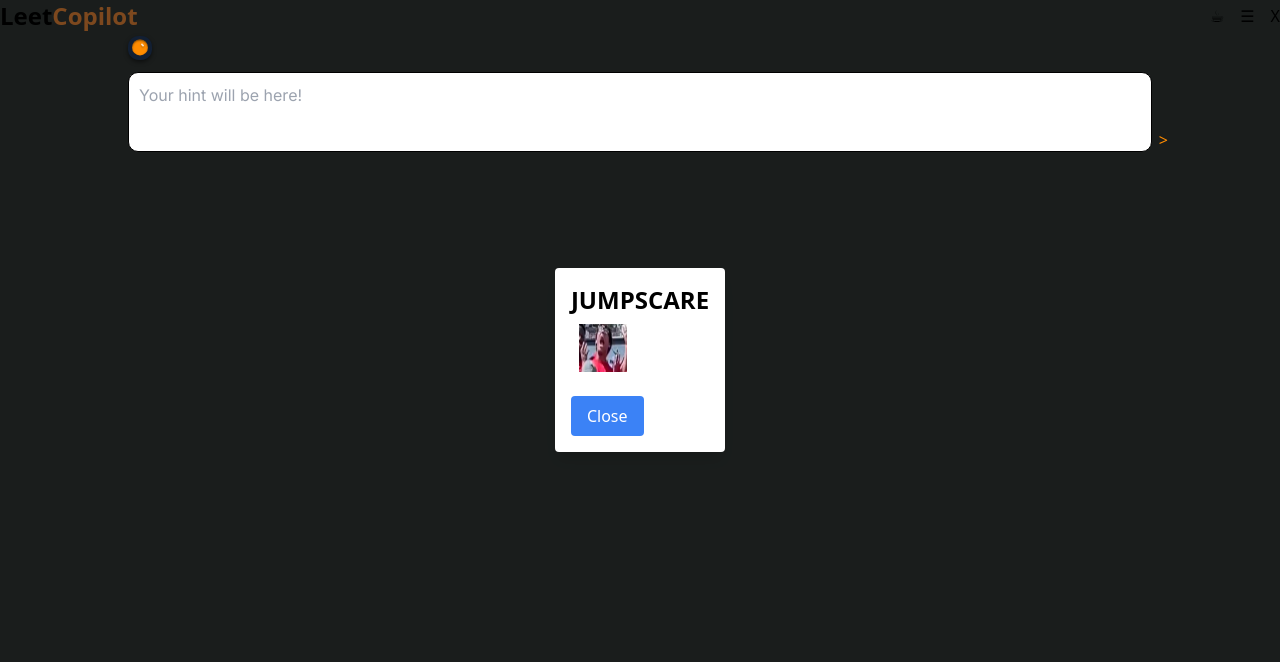
Repository: LeetCopilot/LeetCopilot
Page: / (app in frontend/), after clicking the first element matching `div.flex > :nth-child(3)`
The author's editor kept a copy of each file at every save. The page is drawn from the files as they stood at one save, then again after the next save.
The browser window is 1280 px wide. The pictures show the whole page.
The project was rebuilt for these pictures with package versions that can differ from the ones it lists, and the page was loaded fresh each time. Also part of the build but not shown: frontend/vite.config.js.

Above is the page before, as saved 2023-09-01 13:50:40.

### frontend/index.html
<!doctype html>
<html lang="en">
  <head>
    <meta charset="UTF-8" />
    <link rel="icon" type="image/svg+xml" href="/vite.svg" />
    <link rel="preconnect" href="https://fonts.googleapis.com" />
    <link rel="preconnect" href="https://fonts.gstatic.com" crossorigin />
    <link
      href="https://fonts.googleapis.com/css2?family=Inter:wght@100;200;300;400;500;600;700;800;900&display=swap"
      rel="stylesheet"
    />
    <meta name="viewport" content="width=device-width, initial-scale=1.0" />
    <title>Vite + React</title>
  </head>

  <body>
    <div id="root"></div>
    <script type="module" src="/src/main.tsx"></script>
  </body>
</html>

### frontend/src/main.tsx
import React from "react";
import ReactDOM from "react-dom/client";
import App from "./App.jsx";
import "./globals.css";

ReactDOM.createRoot(document.getElementById("root")!).render(
  <React.StrictMode>
    <App />
  </React.StrictMode>,
);

### frontend/src/App.jsx
import React, { useState } from 'react';
import axios from 'axios';
import { NavBar, Indicator, PromptBox } from './components';

export const App = () => {
  const [responseFromContent, setResponseFromContent] = useState("");
  const [isTyping, setIsTyping] = useState(false);  // new state to track user typing

  const message = {
      from: "Sender.React",
      type: "SCRAPE_HINT_DATA",
  };

  const queryInfo = {
      active: true,
      currentWindow: true
  };

  const getCurrentTabId = () => {
    return new Promise((resolve, reject) => {
      chrome.tabs.query(queryInfo, tabs => {
        if (tabs && tabs[0]) {
          resolve(tabs[0].id);
        } else {
          reject(new Error('No tabs found'));
        }
      });
    });
  };

  const sendMessageToContentScript = (tabId) => {
    return new Promise((resolve) => {
      chrome.tabs.sendMessage(tabId, message, (response) => {
        resolve(response);
      });
    });
  };

  const requestHint = async () => {
    try {
      const currentTabId = await getCurrentTabId();
      const leetData = await sendMessageToContentScript(currentTabId);

      console.log(leetData);

      let hint = 'We failed to make a request to the server. Please try again.'; // default hint

      const response = await axios.post('http://localhost:8000/hint', {
        description: leetData.description,
        code: leetData.code
      });

      print(response);
      setResponseFromContent(response.data);

    } catch (error) {
      console.log(error);
    }
  };

  return (
    <div style={{ width: '100vw', height: '100vh', backgroundColor: '#343B39' }}>
      <NavBar />
      <Indicator isTyping={isTyping} />
      <PromptBox
        responseFromContent={responseFromContent}
        setIsTyping={setIsTyping}
        requestHint={requestHint}
      />
    </div>
  );
};

export default App;

### frontend/src/globals.css
@tailwind base;
@tailwind components;
@tailwind utilities;

html,
body,
#root {
  height: 100%;
  width: 100%;
}

html {
  min-width: 320px;
}

### frontend/src/components/index.js
export { default as NavBar } from './NavBar';
export { default as Indicator } from './Indicator';
export { default as PromptBox } from './PromptBox';

### frontend/src/components/NavBar.tsx
import React, { useState } from "react";
import Popup from "./Popup";

const NavBar = () => {
  const [showPopup, setShowPopup] = useState(false);

  const togglePopup = () => {
    setShowPopup(!showPopup);
  };

  return (
    <nav className="mb-2 flex items-center justify-between">
      <h3 className="text-2xl font-black">
        Leet
        <span className="text-orange-400">Copilot</span>
      </h3>
      <div className="flex items-center gap-4">
        <button>☕︎</button>
        <button>☰</button>
        <button onClick={togglePopup}>X</button>
      </div>
      {showPopup && <Popup onClose={togglePopup} />}
    </nav>
  );
};

export default NavBar;

### frontend/src/components/Indicator.jsx
import React from 'react';
import { motion } from 'framer-motion';
import { styles } from '../styles';
import { bobAnimation, innerCircleAnimation } from '../animations';

const Indicator = ({ isTyping }) => {
  return (
    <motion.div
      style={styles.bobbingDivContainer}
      variants={bobAnimation}
      initial="animate"
      animate={isTyping ? "typing" : "idle"}
    >
      <motion.div
        style={styles.innerCircle}
        variants={innerCircleAnimation}
        initial="animate"
        animate={isTyping ? "typing" : "idle"}
      >
        <div style={styles.highlightLarge} />
        <div style={styles.highlightSmall} />
      </motion.div>
    </motion.div>
  );
}

export default Indicator;

### frontend/src/components/PromptBox.jsx
import React from 'react';
import { styles } from '../styles';

const PromptBox = ({ responseFromContent, setIsTyping, requestHint }) => {
  return (
    <div style={{ display: 'flex', justifyContent: 'center' }}>
      <div style={styles.textAreaContainer}>
        <textarea
            placeholder={"Your hint will be here!"}
            style={styles.textArea}
            value={responseFromContent}
            onChange={() => {}}
            onFocus={() => setIsTyping(true)}
            onBlur={() => setIsTyping(false)}
        />
        <button onClick={requestHint} style={styles.button}>
            {'>'}
        </button>
      </div>
    </div>
  );
}

export default PromptBox;

### frontend/src/components/Popup.tsx
// Popup.tsx
import React from "react";

interface PopupProps {
  onClose: () => void;
}

const Popup: React.FC<PopupProps> = ({ onClose }) => {
  return (
    <div className="fixed left-0 top-0 flex h-full w-full items-center justify-center bg-black bg-opacity-50">
      <div className="rounded bg-white p-4 shadow-lg">
        <span className="mb-4 text-2xl font-bold">JUMPSCARE</span>
        <img src="ridha.jpg" alt="Ridha" className="h-16 w-16 p-2" />
        <button
          onClick={onClose}
          className="mt-4 rounded bg-blue-500 px-4 py-2 text-white transition duration-200 hover:bg-blue-600"
        >
          Close
        </button>
      </div>
    </div>
  );
};

export default Popup;

### frontend/src/styles.js
export const styles = {
    container: {
        width: '100vw',
        height: '100vh',
        padding: '5vw',
        backgroundColor: '#343B39'
      },
    navbar: {
      display: 'flex',
      flexDirection: 'row',
      justifyContent: 'space-between',
      margin: '0 2rem'
    },
    title: {
        fontSize: '1.5rem',
        fontFamily: 'Inter, sans-serif',
        fontWeight: 900,
        color: 'white',
        marginTop: '1rem',
    },
    titleHighlight: {
        color: 'darkorange'
    },
    rightHeader: {
        display: 'flex',
        flexDirection: 'row',
        alignItems: 'center',
        gap: '1rem'
      },
      menuDot: (color) => ({
        width: '1.5rem',
        height: '1.5rem',
        backgroundColor: color,
        margin: 0,
        borderRadius: '100%',
        boxShadow: '0px 2px 4px rgba(0,0,0,0.5)',
        display: 'flex',
        justifyContent: 'center',
        alignItems: 'center',
        padding: '0.25rem'
    }),
    textAreaContainer: {
        position: 'relative',
        display: 'flex',
        justifyContent: 'center',
        flexDirection: 'column',
        alignItems: 'center',
        width: '80vw',
    },
    bobbingDivContainer: {
        position: 'relative',
        display: 'flex',
        alignItems: 'center',
        justifyContent: 'center',
        width: '1.5rem',
        height: '1.5rem',
        backgroundColor: '#121F33',
        marginLeft: '10vw',
        marginBottom: '0.5rem',
        borderRadius: '45%',
        boxShadow: '0px 2px 4px rgba(0,0,0,0.5)'
    },
    innerCircle: {
        width: '1rem',
        height: '1rem',
        backgroundColor: 'darkorange',
        borderRadius: '100%',
        boxShadow: 'inset 0px 1px 2px rgba(0,0,0,0.5)'
    },
    highlightLarge: {
        position: 'absolute',
        top: '25%',
        right: '30%',
        width: '15%',
        height: '15%',
        backgroundColor: 'rgba(255,255,255,0.75)',
        borderRadius: '100%',
        boxShadow: '0px 1px 2px rgba(0,0,0,0.3)'
    },
    highlightSmall: {
        position: 'absolute',
        top: '32.5%',
        right: '27.5%',
        width: '10%',
        height: '10%',
        backgroundColor: 'rgba(255,255,255,0.75)',
        borderRadius: '100%',
        boxShadow: '0px 1px 2px rgba(0,0,0,0.3)'
    },
    textArea: {
        border: '1px solid #000',
        borderRadius: '10px',
        padding: '10px',
        color: 'white',
        width: '100%',
        height: '5rem',
        resize: 'none',
        fontFamily: 'Inter, sans-serif',
        fontWeight: 400,
        marginBottom: '1rem',
    },
    button: {
        position: 'absolute',
        bottom: '1rem',
        right: '-1rem',
        backgroundColor: 'transparent',
        color: 'darkorange'
    },
};

### frontend/src/animations.js
const repeatTransition = {
    duration: 2,
    ease: "easeInOut",
    repeat: Infinity,
    repeatDelay: 1,
    repeatType: "reverse"
};

const idleTransition = {
    ...repeatTransition,
    duration: 1.5,
    ease: "circIn",
    repeatDelay: 0.1,
    bounceDamping: 10
};

export const bobAnimation = {
    typing: {
        x: ['-5%', '5%'],
        y: ['15%'],
        transition: repeatTransition
    },
    idle: {
        y: ['-25%', '25%'],
        transition: idleTransition
    }
};

export const innerCircleAnimation = {
    typing: {
        x: ['-6%', '12%'],
        y: ['10%'],
        transition: repeatTransition
    },
    idle: {
        y: ['-5%', '5%'],
        transition: idleTransition
    }
};

Loaded but not shown: frontend/tailwind.config.js (common file)

After the next save:
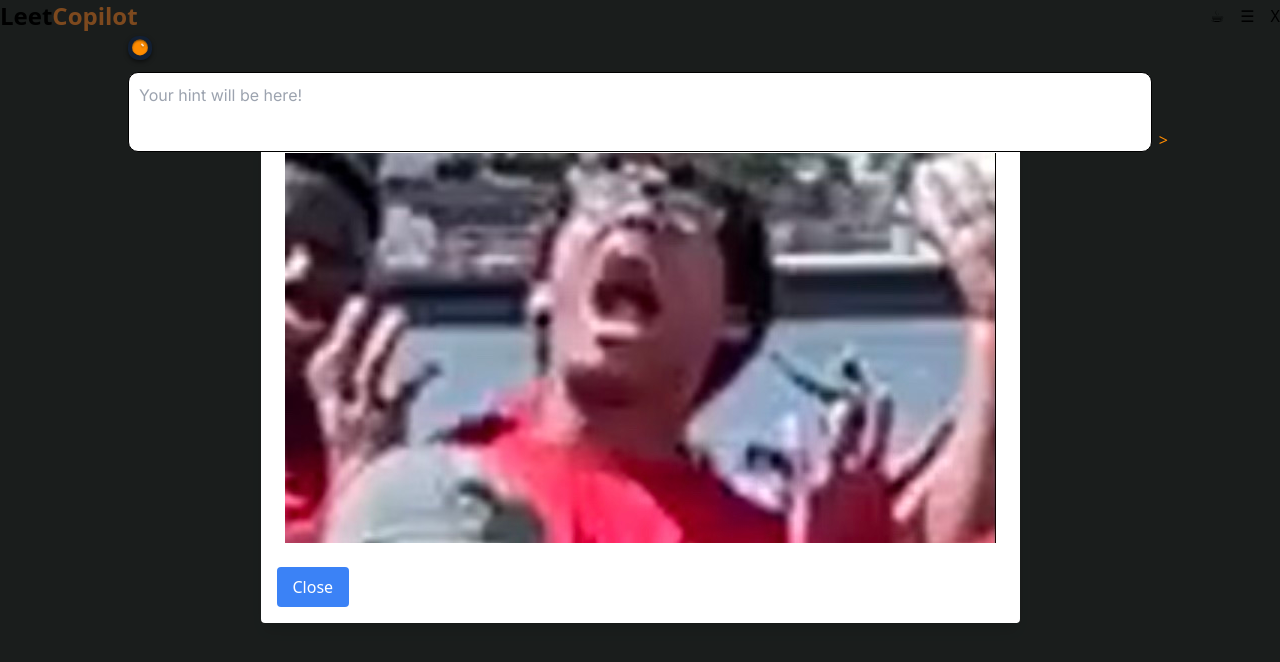
Saved 11 s later.
--- a/frontend/src/components/Popup.tsx
+++ b/frontend/src/components/Popup.tsx
@@ -10,7 +10,7 @@
     <div className="fixed left-0 top-0 flex h-full w-full items-center justify-center bg-black bg-opacity-50">
       <div className="rounded bg-white p-4 shadow-lg">
         <span className="mb-4 text-2xl font-bold">JUMPSCARE</span>
-        <img src="ridha.jpg" alt="Ridha" className="h-16 w-16 p-2" />
+        <img src="ridha.jpg" alt="Ridha" className="h-25 w-25 p-2" />
         <button
           onClick={onClose}
           className="mt-4 rounded bg-blue-500 px-4 py-2 text-white transition duration-200 hover:bg-blue-600"

After the save that followed:
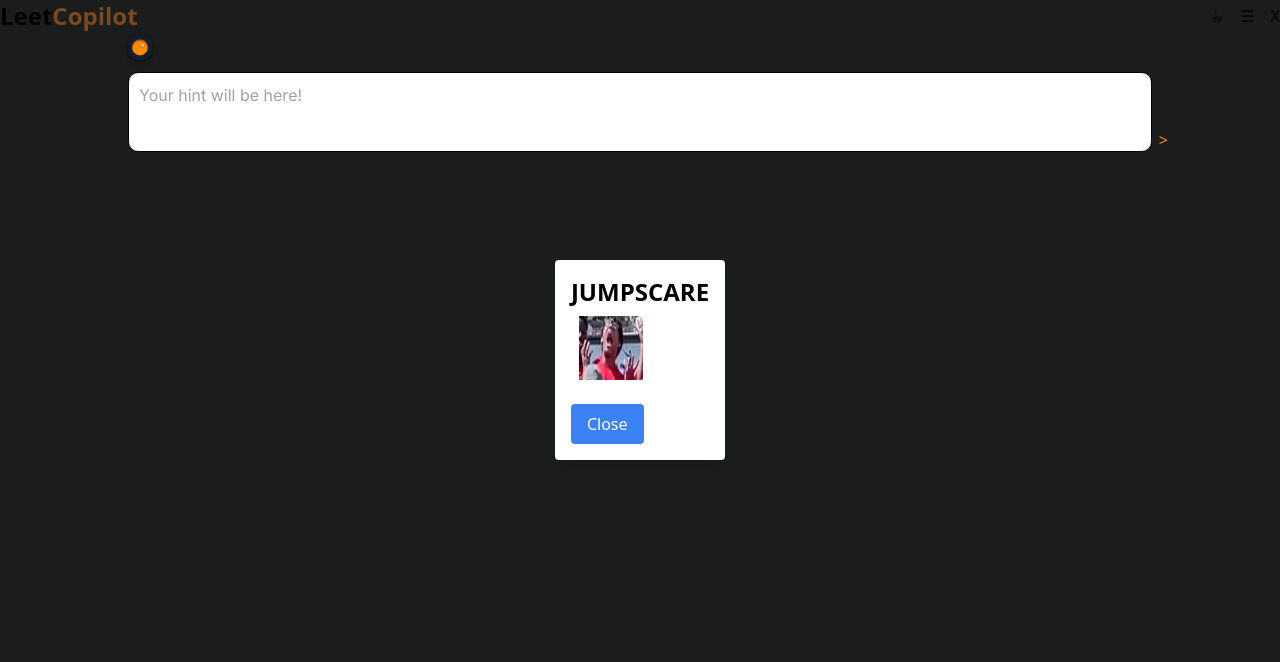
Saved 11 s later.
--- a/frontend/src/components/Popup.tsx
+++ b/frontend/src/components/Popup.tsx
@@ -10,7 +10,7 @@
     <div className="fixed left-0 top-0 flex h-full w-full items-center justify-center bg-black bg-opacity-50">
       <div className="rounded bg-white p-4 shadow-lg">
         <span className="mb-4 text-2xl font-bold">JUMPSCARE</span>
-        <img src="ridha.jpg" alt="Ridha" className="h-25 w-25 p-2" />
+        <img src="ridha.jpg" alt="Ridha" className="h-20 w-20 p-2" />
         <button
           onClick={onClose}
           className="mt-4 rounded bg-blue-500 px-4 py-2 text-white transition duration-200 hover:bg-blue-600"
